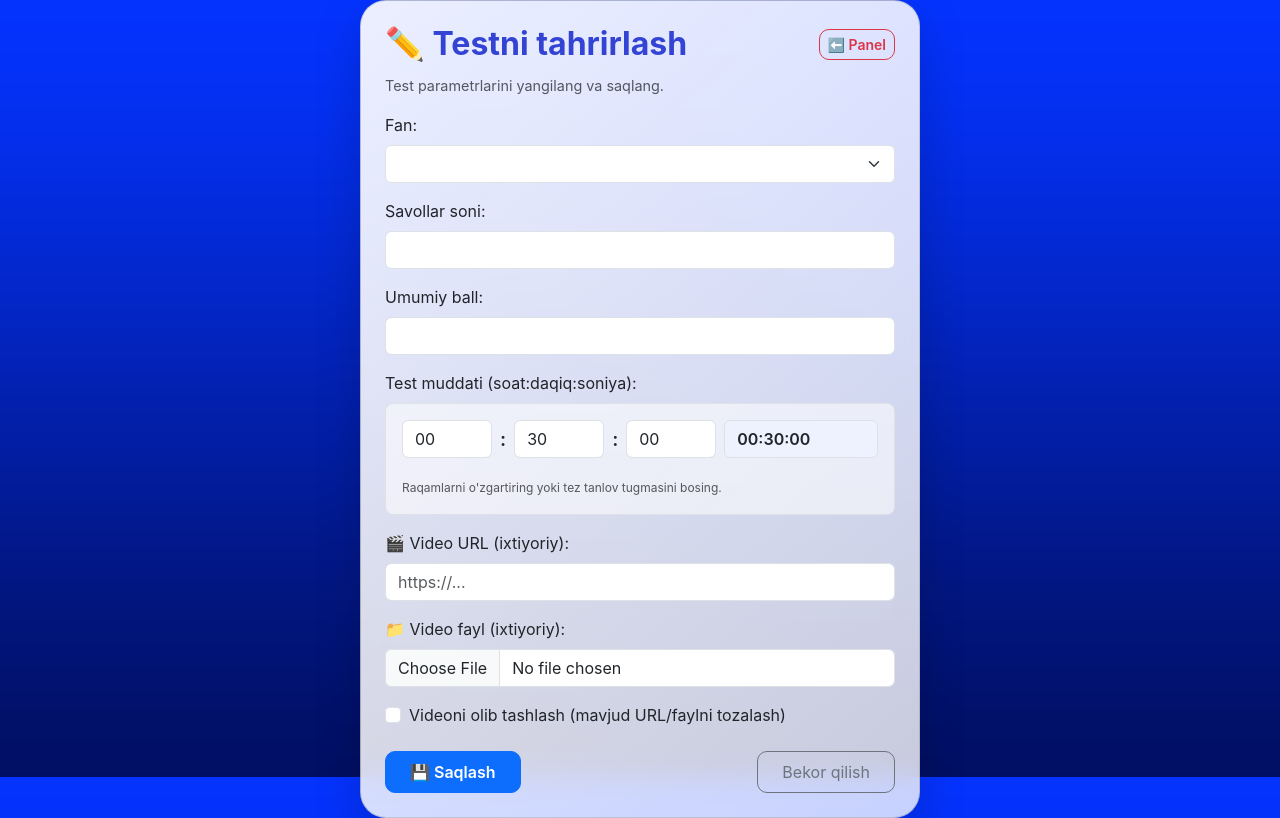
Repository: Shaxobiddin-Github/KatDPI_test
Page: backend/main/templates/controller_panel/edit_test.html
These files come from the project's save history. The page is drawn as it stood at one moment and after the next save; the edit follows.
The browser window is 1280 px wide. The pictures show the whole page.
Backgrounds fixed to the window are drawn as part of the page. The template is drawn by Django 5.2. The application's start-up code is not run. The template is opened directly, without the code that normally fills it, so the values that code supplies are empty.

Above is the page before, as saved 2025-10-07 11:44:28.

After the next save:
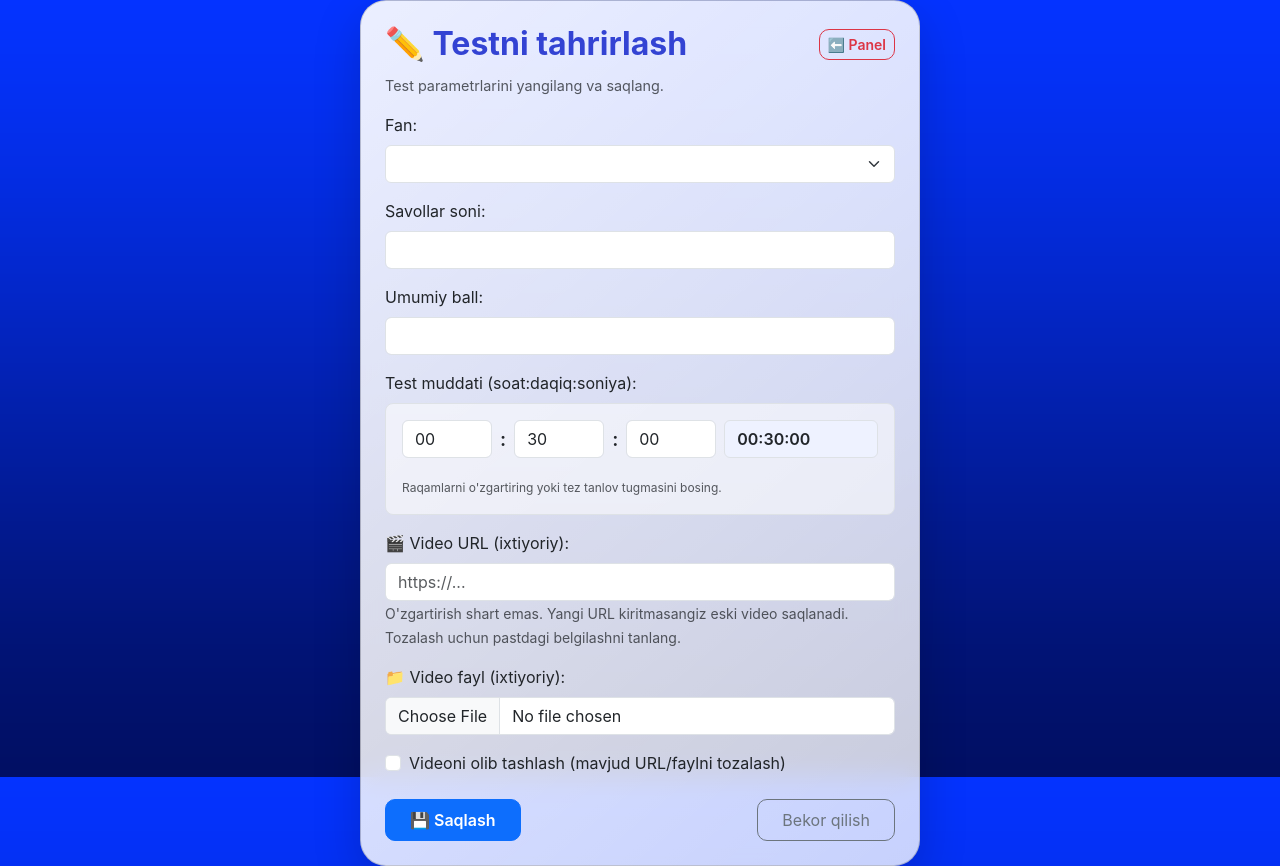
Saved 2 h 17 min later.
--- a/backend/main/templates/controller_panel/edit_test.html
+++ b/backend/main/templates/controller_panel/edit_test.html
@@ -90,6 +90,7 @@
             <div class="mb-3">
                 <label for="video_url" class="form-label">🎬 Video URL (ixtiyoriy):</label>
                 <input type="url" name="video_url" id="video_url" class="form-control" value="{{ test.video_url }}" placeholder="https://..." />
+                <small class="text-muted">O'zgartirish shart emas. Yangi URL kiritmasangiz eski video saqlanadi. Tozalash uchun pastdagi belgilashni tanlang.</small>
             </div>
             <div class="mb-3">
                 <label for="video_file" class="form-label">📁 Video fayl (ixtiyoriy):</label>
